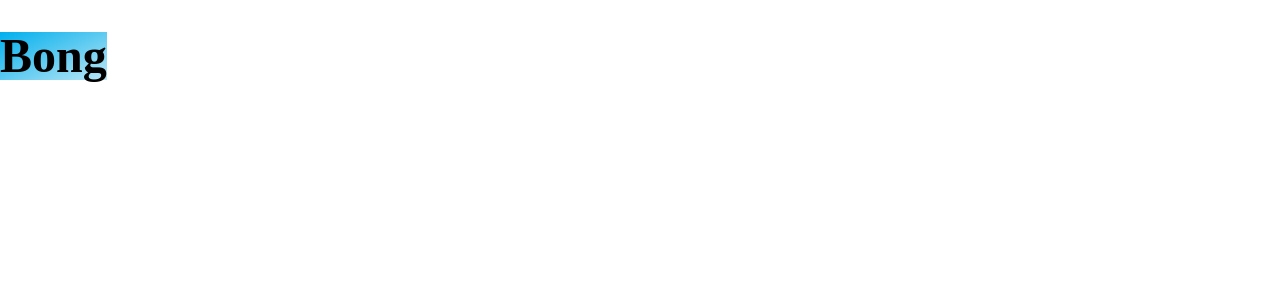
Repository: ThanhPhongsof/Css-Course
Page: index.html
An editor plug-in stored every save of this project. The page is shown before and after the next save, followed by the edit.
The browser window is 1280 px wide. The pictures show the whole page.

Above is the page before, as saved 2022-05-15 11:17:38.

After the next save:
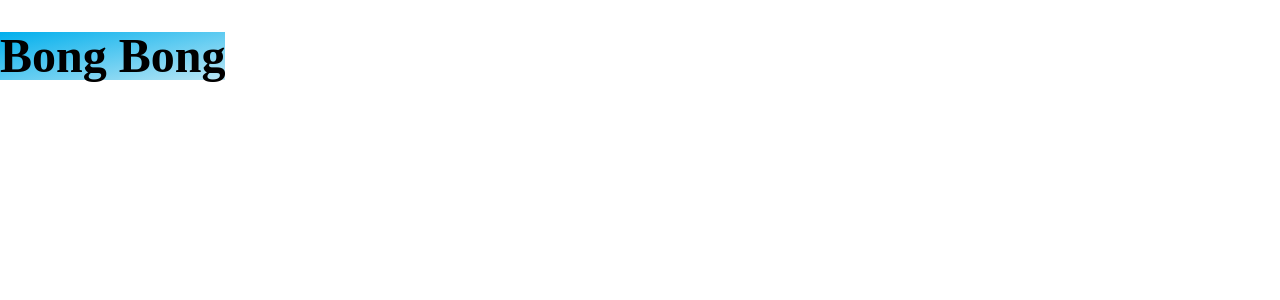
Saved 12 s later.
--- a/index.html
+++ b/index.html
@@ -10,7 +10,7 @@
   </head>
   <body>
     <div class="boxed">
-      <h1 class="title">Bong</h1>
+      <h1 class="title">Bong Bong</h1>
     </div>
   </body>
 </html>
